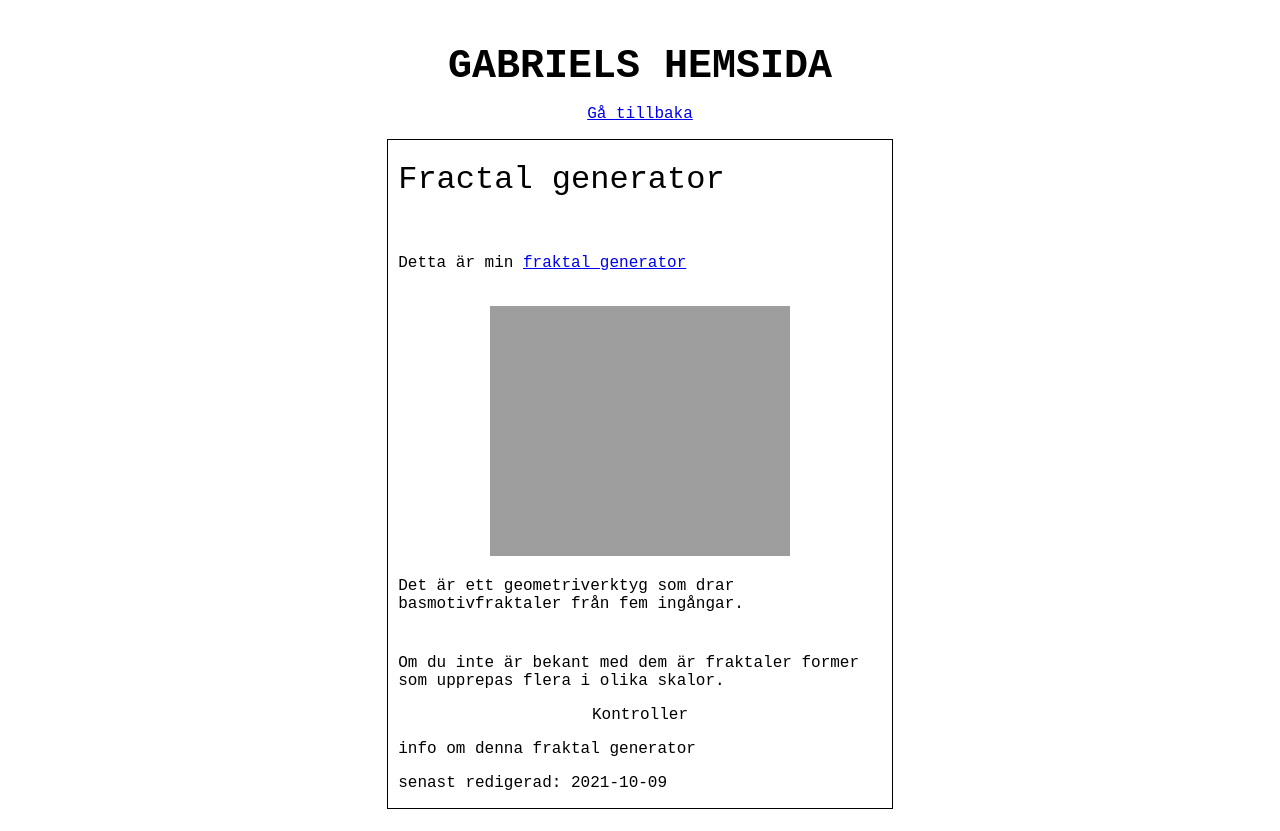
Repository: Gabrielw123/Fraktalgenerator
Page: fraktaler/index.html
These files come from the project's save history. The page is drawn as it stood at one moment and after the next save; the edit follows.
The browser window is 1280 px wide. The pictures show the whole page.
Pictures or frames that could not be fetched are drawn as grey boxes.

Above is the page before, as saved 2021-10-09 13:09:27.

### fraktaler/index.html
<!DOCTYPE html>
<html lang="en">
<head>
  <link rel="stylesheet" href="style.css">
  <title>Fraktaler</title>
  <meta charset="UTF-8">
  <meta name="viewport" content="width=device-width, initial-scale=1">
  <link rel="shortcut icon" type="image/jpg" href="https://19gawe.ssis.nu/img/ico.png"/>
</head>
    <body>
      <br></br>
      <b style="font-size: 40px">GABRIELS HEMSIDA</b>
      <p style="text-align: center;"><a  href="https://19gawe.ssis.nu/">Gå tillbaka</a>

      <div class="grid-container">
        <div class="grid-item">
            <h1 style="text-align: left; font-weight: lighter">Fractal generator</h1>
            <br>
                <p> Detta är min
                    <a href="https://19gawe.ssis.nu/fraktaler/Generator/">fraktal generator</a>
                </p>
            </br>
            <a href="https://19gawe.ssis.nu/fraktaler/Generator/"><img src="https://19gawe.ssis.nu/img/fraktal.png"></a>
            <!--vad är det? info grej hur man gör-->
            <p>Det är ett geometriverktyg som drar basmotivfraktaler från fem ingångar.</p>

            <p style="padding-top: 25px;">Om du inte är bekant med dem är fraktaler former som upprepas flera i olika skalor.</p>
            <!--Kontroller list-->

            <p style="text-align: center">Kontroller</p>

            <!--<div class="grid-container2">
                <div class="grid-item2">
                    <hr><strong>Basen</strong> ändrar basformen som fraktalen dras på. Varje sida av polygonen ritas som en kopia av fraktalkurvan.</hr>
                    <hr><strong>Segment</strong> skär motivet i fler eller färre bitar av lika längd.</hr>
                    <hr><strong>Spegel</strong> fördubblar den utskjutande delen av motivet på varje nivå av fraktalen.</hr>
                    <hr><strong>Vinkel</strong> Reglaget ändrar motivets första och sista vinklar. Alla andra vinklar kommer att sortera sig symmetriska.</hr>
                    <hr><strong>Skew</strong> Skew motivet vänster eller höger.</hr>
                    <hr><strong>Arms</strong> lägger till nya linjer som sticker ut från motivets hörn.</hr>
                    <hr></hr>
                </div>
            </div>-->

            <!--exepel mer

            http://usefuljs.net/fractals/
            https://github.com/rafgraph/fractal
            http://usefuljs.net/fractals/docs/what_is_a_fractal.html



            -->
             <!--info om den nedan-->
            <p>info om denna fraktal generator</p>

            <p>senast redigerad: 2021-10-09</p>
        </div>
      </div>
    </body>
</html>

### fraktaler/style.css
body {
    font-family: 'Ubuntu Mono', monospace;
    background-color: white;
    text-align: center;
}

table {
    display: table;
    border-collapse: separate;
    box-sizing: border-box;
    text-indent: initial;
    border-spacing: 2px;
    border-color: grey;
}

.grid-container {
    display: grid;
    grid-template-columns: auto;
    padding-left: 30%;
    padding-right: 30%;
}

.grid-item {
    border: 1px solid black;
    text-align: center;
    padding-left: 10px;
    padding-right: 10px;
}
.grid-container2 {
    display: grid;
    grid-template-columns: auto;
}

.grid-item2 {
    text-align: center;
}
img{
    width: 300px;
    height: 250px;
}
p{
    text-align: left;
}

After the next save:
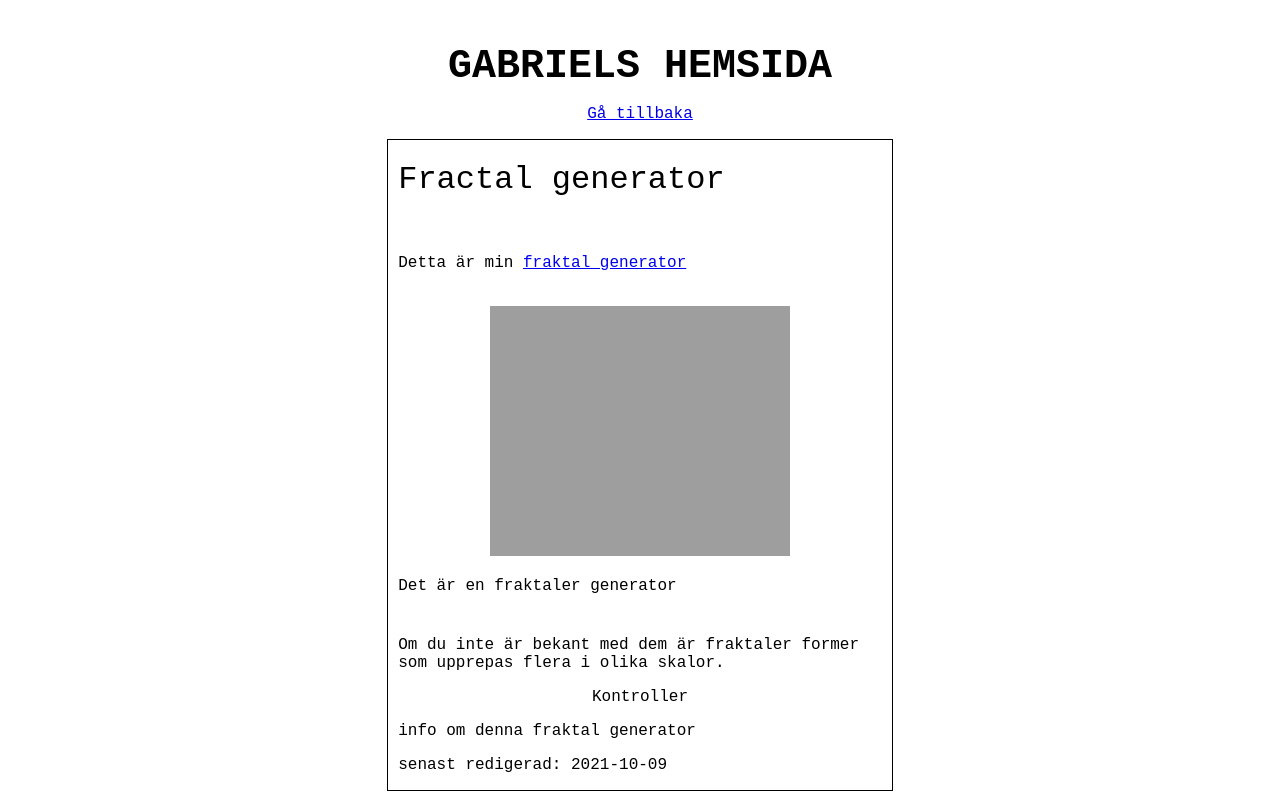
Saved 4 h 51 min later.
--- a/fraktaler/index.html
+++ b/fraktaler/index.html
@@ -22,7 +22,7 @@
             </br>
             <a href="https://19gawe.ssis.nu/fraktaler/Generator/"><img src="https://19gawe.ssis.nu/img/fraktal.png"></a>
             <!--vad är det? info grej hur man gör-->
-            <p>Det är ett geometriverktyg som drar basmotivfraktaler från fem ingångar.</p>
+            <p>Det är en fraktaler generator</p>
 
             <p style="padding-top: 25px;">Om du inte är bekant med dem är fraktaler former som upprepas flera i olika skalor.</p>
             <!--Kontroller list-->
